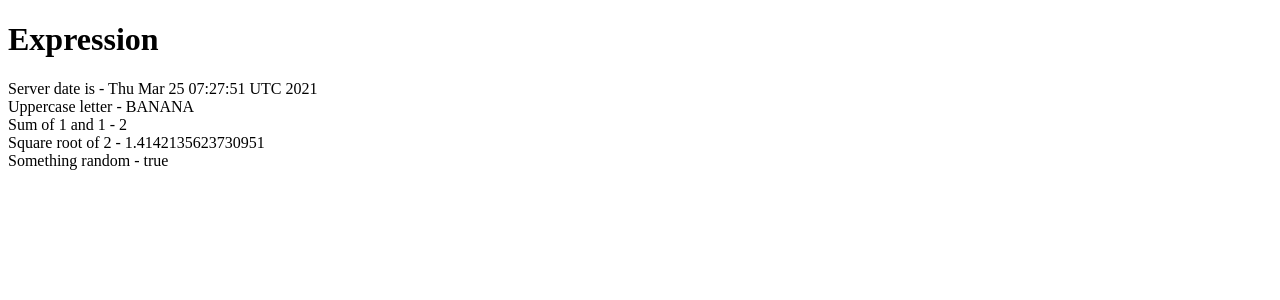
Repository: mrhpn/JavaEE--JSP-SERVLET
Page: http://localhost/JSP_JSTL/expression-demo.jsp
The author's editor kept a copy of each file at every save. The page is drawn from the files as they stood at one save, then again after the next save.
The browser window is 1280 px wide. The pictures show the whole page.
The page is served by Tomcat 9.

Above is the page before, as saved 2021-03-25 08:21:23.

After the next save:
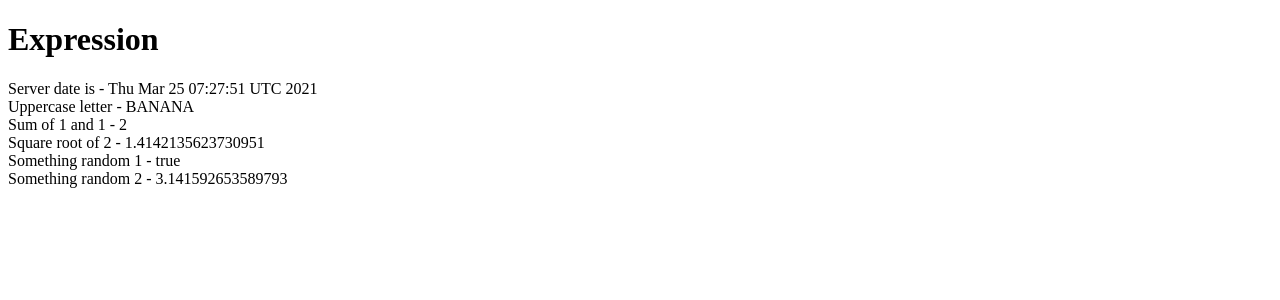
Saved 31 s later.
--- a/JSP_JSTL/WebContent/expression-demo.jsp
+++ b/JSP_JSTL/WebContent/expression-demo.jsp
@@ -18,7 +18,9 @@
 	<br>
 	Square root of 2 - <%= Math.sqrt(2) %>
 	<br>
-	Something random - <%= new String("apple").contains("a") %>
+	Something random 1 - <%= new String("apple").contains("a") %>
+	<br>
+	Something random 2 - <%= Math.PI %>
 
 </body>
 </html>
